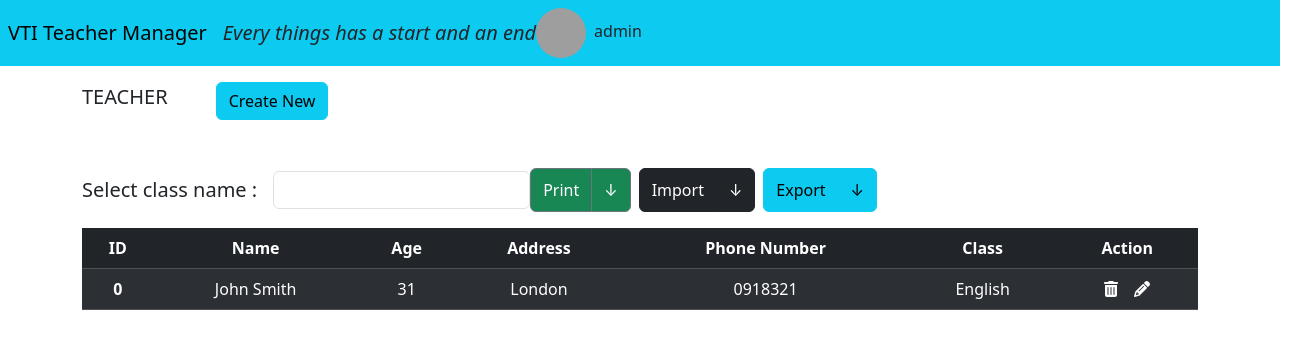
Repository: NPhanA/React2022
Page: / (app in Final Day - Test/final-test/)
These files come from the project's save history. The page is drawn as it stood at one moment and after the next save; the edit follows.
The browser window is 1280 px wide. The page is 1292 px wide, so the pictures cover 1292 px, including what lies to the right of the window. The pictures show the whole page.
Pictures or frames that could not be fetched are drawn as grey boxes. The project was rebuilt for these pictures with package versions that can differ from the ones it lists, and the page was loaded fresh each time. Also part of the build but not shown: Final Day - Test/final-test/src/App.css, Final Day - Test/final-test/src/App.js, Final Day - Test/final-test/src/Component/ChangeInput.js.

Above is the page before, as saved 2022-08-04 02:01:27.

### Final Day - Test/final-test/src/index.js
import React from 'react';
import ReactDOM, { createRoot } from 'react-dom/client';
import './index.css';
import App from './App';
import 'bootstrap/dist/css/bootstrap.min.css';
import "bootstrap/dist/js/bootstrap.min.js";
import TeacherManager from './Component/Manager';


const container = document.getElementById('root');
const root = createRoot(container);
root.render(<TeacherManager />);

### Final Day - Test/final-test/src/Component/Manager.js
import { Fragment, useState } from 'react';
import '../Avatar.css';
import NavBarComponents from '../Component/NavBarComponent';
import ButtonGroup from './ButtonGroupComponents';
import TableRowInput from './ChangeInput';
import SelectCard from './SelectClass';
import StartEndComponents from './StartEndComponents';
import TableRow from './TableComponent';
export default function TeacherManager() {
    let [teacher, setTeachers] = useState([
        { id: 0, name: "John Smith", age: 31, address: "London", phoneNumber: "0918321", teachedClass: "English" },
    ])
    let [editContactID, setEditID] = useState(null);
    let [editFormData, setEditFormData] = useState([
        { id: 0, name: "John Smith", age: 31, address: "London", phoneNumber: "0918321", teachedClass: "English" },
    ]);
    const addTeacher = () => {
        let currValue = document.getElementById("input-name").value;
        let currDate = document.getElementById("input-age").value;
        let currAddress = document.getElementById("input-address").value;
        let currNumbers = document.getElementById("input-phoneNumber").value;
        let currClass = document.getElementById("input-class").value;
        if (currValue.length == 0 || currDate.length == 0 || currAddress.length == 0 || currNumbers.length == 0 || currClass.length == 0) {
            alert("Please enter all field");
        } else {
            setTeachers([...teacher, { name: currValue, age: currDate, address: currAddress, phoneNumber: currNumbers, teachedClass: currClass }])
        }
    }
    const handleDeleteClick = (contactId) => {
        const newTeacher = [...teacher];

        const index = teacher.findIndex((contact) => contact.id == contactId);

        newTeacher.splice(index, 1);

        setTeachers(newTeacher);
    };

    const editFormChange = (event) => {
        event.preventDefault();

        const fieldName = event.target.getAttribute("name");
        const fieldValue = event.target.value;

        const newFormData = { ...editFormData };
        newFormData[fieldName] = fieldValue;

        setEditFormData(newFormData);

    };


    const handleEditClick = (event, contact) => {
        event.preventDefault();
        setEditID(contact.id);

        const formValue = {
            name: contact.name, id: contact.id, age: contact.age, address: contact.address, phoneNumber: contact.phoneNumber, teachedClass: contact.teachedClass
        }
        setEditFormData(formValue);

    }

    const handleEditFormSubmit = (event) => {
        event.preventDefault();
        const editedContact = {
            id: editFormData.id,
            name: editFormData.name,
            address: editFormData.address,
            phoneNumber: editFormData.phoneNumber,
            age: editFormData.age,
            teachedClass: editFormData.teachedClass,
        }
        const newteacher = [...teacher];
        const index = teacher.findIndex((contact) => contact.id === editContactID);

        newteacher[index] = editedContact;


        setTeachers(newteacher);
        setEditID(null);
    };
    return (
        <div>
            <NavBarComponents contentTitle="VTI Teacher Manager" contentText="Every things has a start and an end" role="admin" img="https://www.w3schools.com/w3images/avatar2.png"></NavBarComponents>
            <div className="row">
                <div className="col-xxl-1"></div>
                <div className="col-xxl-11">
                    <div className="container">
                        <StartEndComponents ManageObject="TEACHER"></StartEndComponents>
                        <div className="fs-5 mt-5 d-flex ">
                            <div className="col-xxl-4 d-inlne">
                                <SelectCard type="text" id="input-select" Select="Select class name :"></SelectCard>
                            </div>
                            <div className="col-xxl-7 d-flex justify-content-end">
                                <ButtonGroup className="btn btn-secondary bg-success" buttonContent="Print"></ButtonGroup>
                                <ButtonGroup className="btn btn-dark" buttonContent="Import"></ButtonGroup>
                                <ButtonGroup className="btn btn-info" buttonContent="Export"></ButtonGroup>
                            </div>
                        </div>
                        <div className="col-xxl-11">
                            <form>
                                <table class="table table-striped table-dark mt-3 text-center" >
                                    <thead>
                                        <tr>
                                            <th scope="col">ID</th>
                                            <th scope="col">Name</th>
                                            <th scope="col">Age</th>
                                            <th scope="col">Address</th>
                                            <th scope="col">Phone Number</th>
                                            <th scope="col">Class</th>
                                            <th scope="col">Action</th>
                                        </tr>
                                    </thead>
                                    <tbody>
                                        {
                                            teacher.map((currentValue, index) => (
                                                <Fragment >
                                                    {editContactID === currentValue.id ? <TableRowInput onChange={editFormChange} onSubmit={handleEditFormSubmit}  numbers={index} age={currentValue.age} address={currentValue.address} name={currentValue.name} phoneNumber={currentValue.phoneNumber} teachedClass={currentValue.teachedClass} ></TableRowInput> : <TableRow change={(event) => handleEditClick(event, currentValue.name)} key={index} name={currentValue.name} numbers={index} age={currentValue.age} address={currentValue.address} phoneNumber={currentValue.phoneNumber} teachedClass={currentValue.teachedClass} enter={() => handleDeleteClick(currentValue.id)}></TableRow>}
                                                </Fragment>

                                            ))
                                        }
                                    </tbody>
                                </table>
                            </form>
                        </div>
                    </div>
                </div>
            </div>
            <div className="modal" tabIndex="-1" id="exampleModalLabel">
                <div className="modal-dialog">
                    <div className="modal-content">
                        <div className="modal-header">
                            <h5 className="modal-title">Add Teacher</h5>
                            <button type="button" className="btn-close" data-bs-dismiss="modal" aria-label="Close" ></button>
                        </div>

                            <div className="modal-body">

                                <input type="text" className="form-control mb-3" placeholder="Name" id="input-name" required></input>
                                <input type="text" className="form-control mb-3" placeholder="Age" id="input-age" required></input>
                                <input type="text" className="form-control mb-3" placeholder="Address" id="input-address" required></input>
                                <input type="text" className="form-control mb-3" placeholder="Phone Number" id="input-phoneNumber" required></input>
                                <input type="text" className="form-control mb-3" placeholder="Class" id="input-class" required></input>
                            </div>
                            <div className="modal-footer">
                                <button type="button" className="btn btn-secondary" data-bs-dismiss="modal">Close</button>
                                <button type="button" className="btn btn-primary" data-bs-dismiss="modal" onClick={addTeacher} >Save changes</button>
                            </div>

                    </div>
                </div>
            </div>
        </div>
    )
}

### Final Day - Test/final-test/src/Avatar.css
.avatar {
    vertical-align: middle;
    width: 50px;
    height: 50px;
    border-radius: 50%;
  }

### Final Day - Test/final-test/src/Component/NavBarComponent.js
export default function NavBarComponents(props) {
    return(
        <nav className="navbar navbar-expand-lg navbar-light bg-info">
                <div className="col-xxl-2">
                    <a className="navbar-brand ms-2 " href="#">{props.contentTitle}</a>
                </div>
                <div className="col-xxl-9  fst-italic text-center fs-5">{props.contentText}</div>
                <div className="col-xxl-1">
                    <img src={props.img} alt="Avatar" className="avatar me-2"></img>
                   <span>{props.role}</span>
                   </div>
    </nav>
    )

}

### Final Day - Test/final-test/src/Component/ButtonGroupComponents.js
export default function ButtonGroup(props) {
    return (
        <div className="btn-group mr-2 me-2" role="group" aria-label="First group">
            <button type="button" className={props.className}>{props.buttonContent}</button>
            <button type="button" className={props.className}>↓</button>
        </div>
    )
}

### Final Day - Test/final-test/src/Component/SelectClass.js
export default function SelectCard(props) {
    return (
        <div className="row g-3 align-items-center">
            <div className="col-auto">
                <label htmlFor={props.id} className="col-form-label">{props.Select}</label>
            </div>
            <div className="col-auto">
                <input type={props.type} id={props.id} className="form-control"></input>
            </div>
        </div>
    )
}

### Final Day - Test/final-test/src/Component/StartEndComponents.js
export default function StartEndComponents(props) {
    return (
        <div className="fs-5 mt-3 d-flex ">
            <div className="col-xxl-3">
                <div>{props.ManageObject}</div>
            </div>
            <div className="col-xxl-8 d-flex justify-content-end">
                <button type="button" className="btn btn-info ms-5"data-bs-toggle="modal" data-bs-target="#exampleModalLabel"onClick={props.onClick}>Create New</button>
            </div>
        </div>
    )
}

### Final Day - Test/final-test/src/Component/TableComponent.js
import { faPencilAlt, faTrashAlt } from "@fortawesome/free-solid-svg-icons"
import { FontAwesomeIcon } from "@fortawesome/react-fontawesome"
export default function TableRow(props) {
    return (
        <tr>
            <th scope="row">{props.numbers}</th>
            <td>{props.name}</td>
            <td>{props.age}</td>
            <td>{props.address}</td>
            <td>{props.phoneNumber}</td>
            <td>{props.teachedClass}</td>
            <td>
            <FontAwesomeIcon icon={faTrashAlt} className="me-3" onClick={props.enter}/>
            <FontAwesomeIcon icon={faPencilAlt} onClick={props.change}/>
            </td>
        </tr>
    )
}

Loaded but not shown: Final Day - Test/final-test/public/index.html (common file); Final Day - Test/final-test/src/index.css (common file)

After the next save:
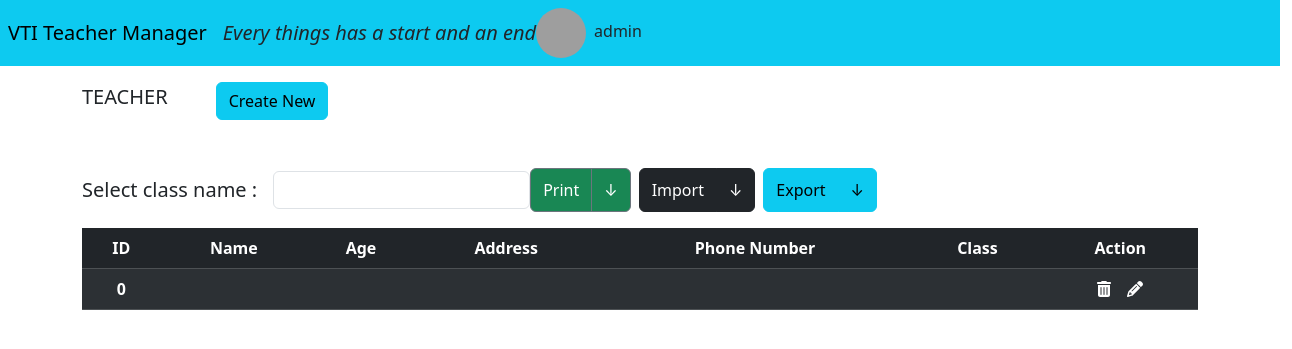
Saved 79 s later.
--- a/Final Day - Test/final-test/src/Component/TableComponent.js
+++ b/Final Day - Test/final-test/src/Component/TableComponent.js
@@ -1,14 +1,14 @@
 import { faPencilAlt, faTrashAlt } from "@fortawesome/free-solid-svg-icons"
 import { FontAwesomeIcon } from "@fortawesome/react-fontawesome"
-export default function TableRow(props) {
+export default function TableRow(props,teacher, handleEditClick) {
     return (
         <tr>
             <th scope="row">{props.numbers}</th>
-            <td>{props.name}</td>
-            <td>{props.age}</td>
-            <td>{props.address}</td>
-            <td>{props.phoneNumber}</td>
-            <td>{props.teachedClass}</td>
+            <td>{teacher.name}</td>
+            <td>{teacher.age}</td>
+            <td>{teacher.address}</td>
+            <td>{teacher.phoneNumber}</td>
+            <td>{teacher.teachedClass}</td>
             <td>
             <FontAwesomeIcon icon={faTrashAlt} className="me-3" onClick={props.enter}/>
             <FontAwesomeIcon icon={faPencilAlt} onClick={props.change}/>
